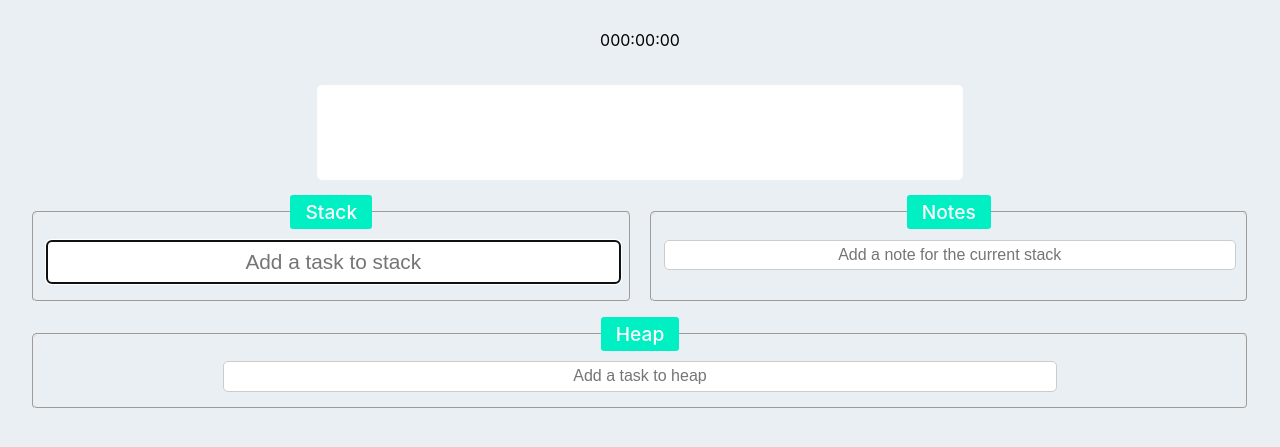
Repository: litalsh/Meeting-Managment-App
Page: /
These files come from the project's save history. The page is drawn as it stood at one moment and after the next save; the edit follows.
The browser window is 1280 px wide. The pictures show the whole page.
The project was rebuilt for these pictures with package versions that can differ from the ones it lists, and the page was loaded fresh each time. Also part of the build but not shown: src/components/Task/Task.css, src/components/Task/Task.js, src/components/Notes/Note.js.

Above is the page before, as saved 2021-01-11 17:41:49.

After the next save:
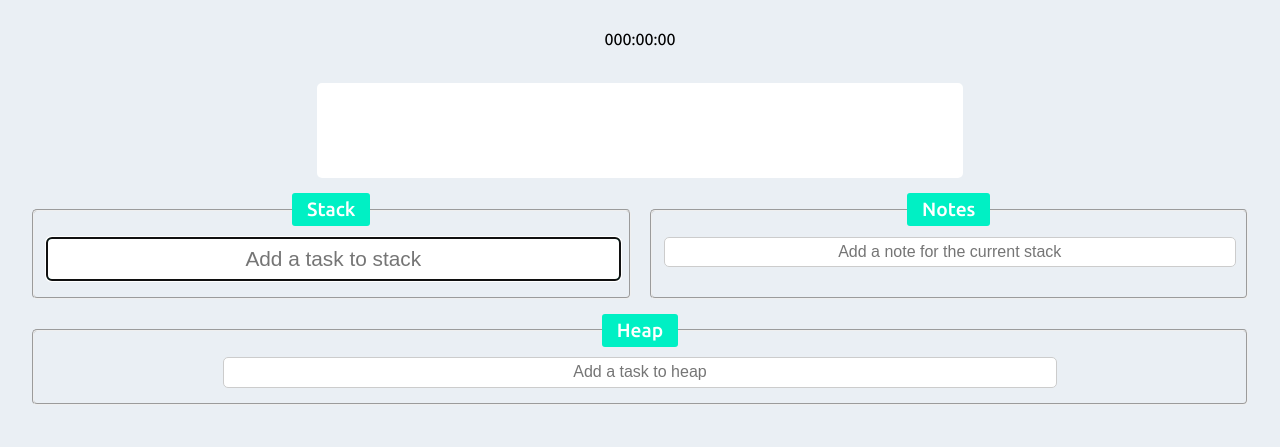
Saved 9 s later.
--- a/src/App.css
+++ b/src/App.css
@@ -2,6 +2,7 @@
 
 
 body{
+  font-family: 'Ubuntu', sans-serif;
   background-color:  #eaeff4;
  }
 
